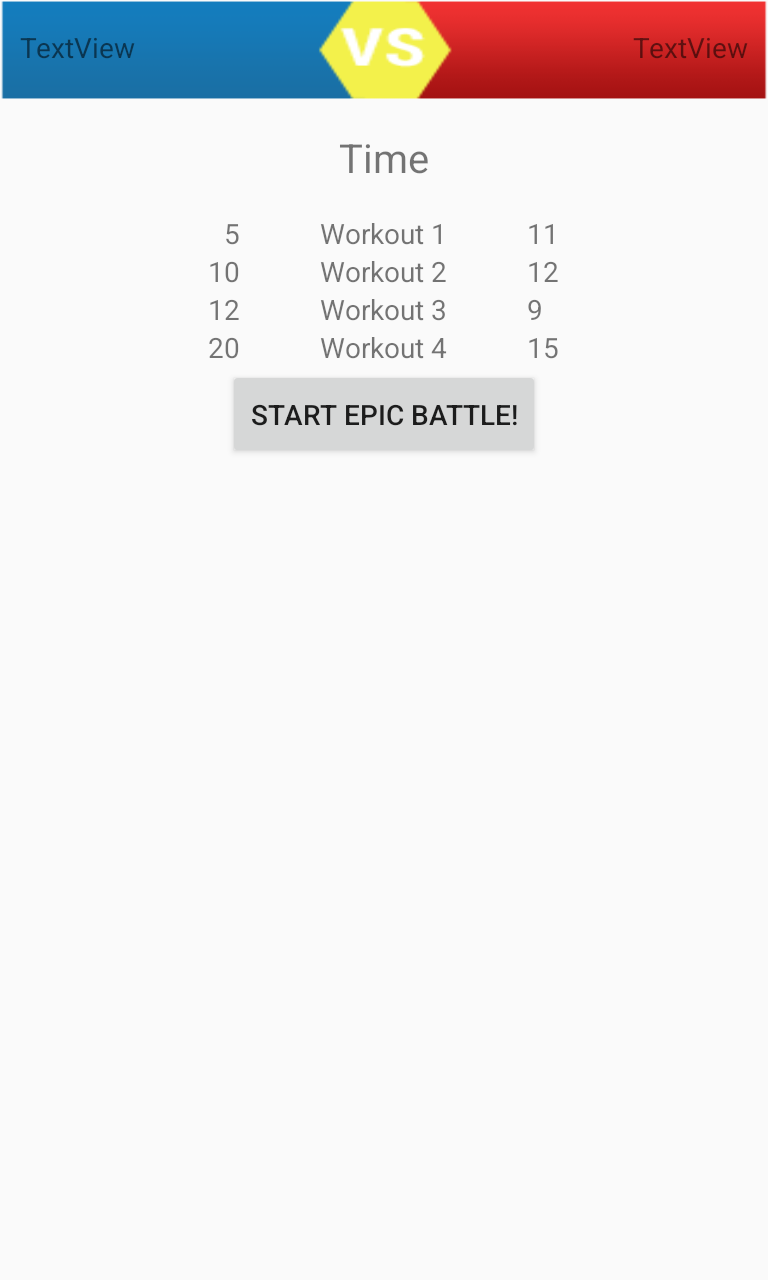
Repository: hackathon-2014/devdroid-repo
Layout: HealthyCompetition/res/layout/battlefield_layout.xml
The author's editor kept a copy of each file at every save. The layout is drawn from the files as they stood at one save, then again after a run of saves.
It is drawn on a 768 x 1280 px phone screen (xhdpi) without system bars, with theme AppTheme; the app's code is not run.

Above is the layout before, as saved 2014-08-23 19:59:22.

### HealthyCompetition/res/layout/battlefield_layout.xml
<?xml version="1.0" encoding="utf-8"?>
<LinearLayout xmlns:android="http://schemas.android.com/apk/res/android"
    android:layout_width="match_parent"
    android:layout_height="match_parent"
    android:orientation="vertical" >

    <RelativeLayout
        android:id="@+id/relative_layout_versus"
        android:layout_width="match_parent"
        android:layout_height="wrap_content" >

        <ImageView
            android:id="@+id/versus_image"
            android:layout_width="match_parent"
            android:layout_height="50dp"
            android:background="@drawable/versus_banner_9" />

        <TextView
            android:id="@+id/time_view"
            android:layout_width="wrap_content"
            android:layout_height="wrap_content"
            android:layout_below="@+id/versus_image"
            android:layout_centerHorizontal="true"
            android:layout_marginTop="15dp"
            android:text="Time"
            android:textSize="20dp" />

        <TextView
            android:id="@+id/player_one_name"
            android:layout_width="wrap_content"
            android:layout_height="wrap_content"
            android:layout_alignParentLeft="true"
            android:layout_alignParentTop="true"
            android:layout_marginLeft="10dp"
            android:layout_marginTop="14dp"
            android:text="TextView" />

        <TextView
            android:id="@+id/player_two_name"
            android:layout_width="wrap_content"
            android:layout_height="wrap_content"
            android:layout_alignBaseline="@+id/player_one_name"
            android:layout_alignBottom="@+id/player_one_name"
            android:layout_alignParentRight="true"
            android:layout_alignParentTop="true"
            android:layout_marginRight="10dp"
            android:text="TextView" />
    </RelativeLayout>

    <RelativeLayout
        android:id="@+id/workout_layout_one"
        android:layout_width="match_parent"
        android:layout_height="wrap_content"
        android:layout_marginTop="15dp"
        android:orientation="vertical" >

        <TextView
            android:id="@+id/workout_one"
            android:layout_width="wrap_content"
            android:layout_height="wrap_content"
            android:layout_centerHorizontal="true"
            android:text="Workout 1" />

        <TextView
            android:id="@+id/playerone_workoutone"
            android:layout_width="wrap_content"
            android:layout_height="wrap_content"
            android:layout_alignParentTop="true"
            android:layout_marginRight="40dp"
            android:layout_toLeftOf="@+id/workout_one"
            android:text="5" />

        <TextView
            android:id="@+id/playertwo_workoutone"
            android:layout_width="wrap_content"
            android:layout_height="wrap_content"
            android:layout_alignParentTop="true"
            android:layout_marginLeft="40dp"
            android:layout_toRightOf="@+id/workout_one"
            android:text="11" />
    </RelativeLayout>

    <RelativeLayout
        android:id="@+id/workout_layout_two"
        android:layout_width="match_parent"
        android:layout_height="wrap_content"
        android:orientation="vertical" >

        <TextView
            android:id="@+id/workout_two"
            android:layout_width="wrap_content"
            android:layout_height="wrap_content"
            android:layout_centerHorizontal="true"
            android:text="Workout 2" />

        <TextView
            android:id="@+id/playerone_workouttwo"
            android:layout_width="wrap_content"
            android:layout_height="wrap_content"
            android:layout_alignParentTop="true"
            android:layout_marginRight="40dp"
            android:layout_toLeftOf="@+id/workout_two"
            android:text="10" />

        <TextView
            android:id="@+id/playertwo_workouttwo"
            android:layout_width="wrap_content"
            android:layout_height="wrap_content"
            android:layout_alignParentTop="true"
            android:layout_marginLeft="40dp"
            android:layout_toRightOf="@+id/workout_two"
            android:text="12" />
    </RelativeLayout>

    <RelativeLayout
        android:id="@+id/workout_layout_three"
        android:layout_width="match_parent"
        android:layout_height="wrap_content"
        android:orientation="vertical" >

        <TextView
            android:id="@+id/workout_three"
            android:layout_width="wrap_content"
            android:layout_height="wrap_content"
            android:layout_centerHorizontal="true"
            android:text="Workout 3" />

        <TextView
            android:id="@+id/playerone_workoutthree"
            android:layout_width="wrap_content"
            android:layout_height="wrap_content"
            android:layout_alignParentTop="true"
            android:layout_marginRight="40dp"
            android:layout_toLeftOf="@+id/workout_three"
            android:text="12" />

        <TextView
            android:id="@+id/playertwo_workoutthree"
            android:layout_width="wrap_content"
            android:layout_height="wrap_content"
            android:layout_alignParentTop="true"
            android:layout_marginLeft="40dp"
            android:layout_toRightOf="@+id/workout_three"
            android:text="9" />
    </RelativeLayout>

    <RelativeLayout
        android:id="@+id/workout_layout_four"
        android:layout_width="match_parent"
        android:layout_height="wrap_content"
        android:orientation="vertical" >

        <TextView
            android:id="@+id/workout_four"
            android:layout_width="wrap_content"
            android:layout_height="wrap_content"
            android:layout_centerHorizontal="true"
            android:text="Workout 4" />

        <TextView
            android:id="@+id/playerone_workoutfour"
            android:layout_width="wrap_content"
            android:layout_height="wrap_content"
            android:layout_alignParentTop="true"
            android:layout_marginRight="40dp"
            android:layout_toLeftOf="@+id/workout_four"
            android:text="20" />

        <TextView
            android:id="@+id/playertwo_workoutfour"
            android:layout_width="wrap_content"
            android:layout_height="wrap_content"
            android:layout_alignParentTop="true"
            android:layout_marginLeft="40dp"
            android:layout_toRightOf="@+id/workout_four"
            android:text="15" />
    </RelativeLayout>

    <RelativeLayout
        android:layout_width="match_parent"
        android:layout_height="wrap_content" >

        <Button
            android:id="@+id/button1"
            android:layout_width="wrap_content"
            android:layout_height="wrap_content"
            android:layout_centerHorizontal="true"
            android:text="Start Epic Battle!" />
    </RelativeLayout>

</LinearLayout>

Loaded but not shown: HealthyCompetition/res/values/styles.xml (common file); HealthyCompetition/res/values-v11/styles.xml (common file); HealthyCompetition/res/values-v14/styles.xml (common file)

After the next 2 saves:
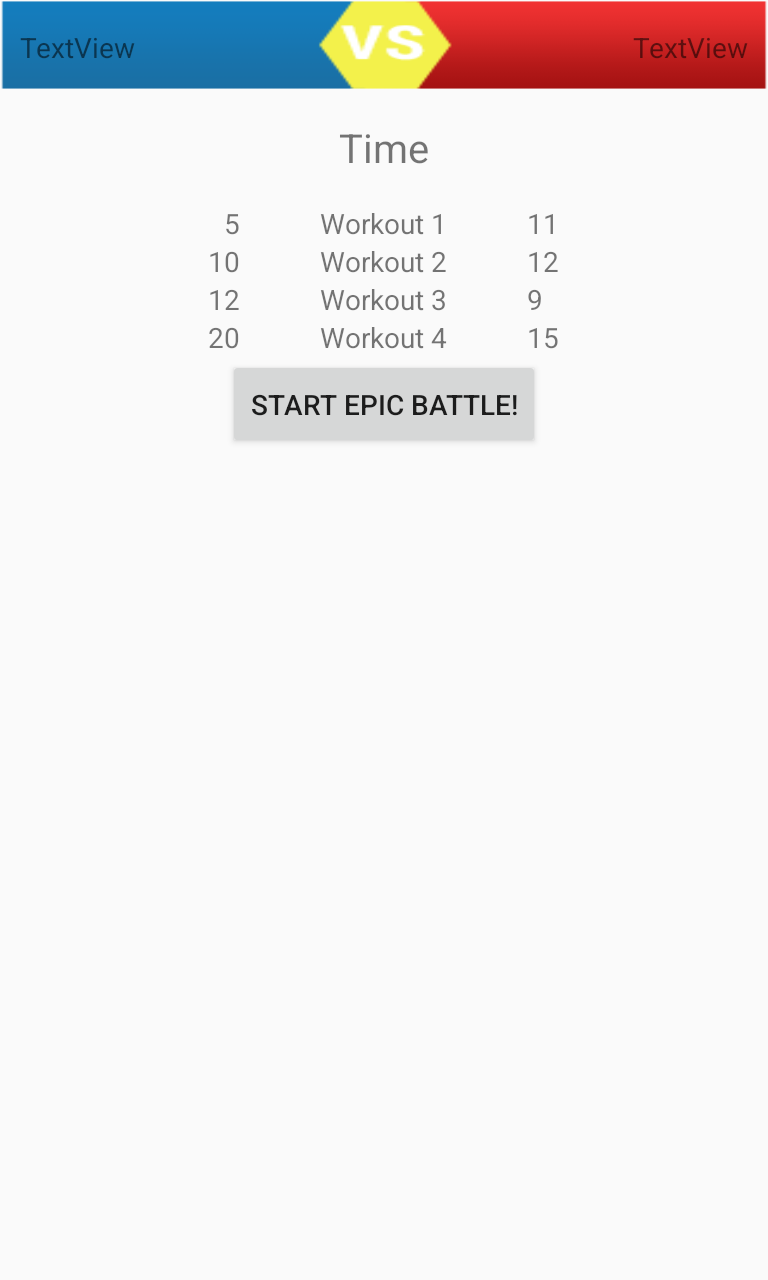
The 2 saves are shown as one change because they came seconds apart.
The last was saved 16 s later.
--- a/HealthyCompetition/res/layout/battlefield_layout.xml
+++ b/HealthyCompetition/res/layout/battlefield_layout.xml
@@ -12,7 +12,7 @@
         <ImageView
             android:id="@+id/versus_image"
             android:layout_width="match_parent"
-            android:layout_height="50dp"
+            android:layout_height="45dp"
             android:background="@drawable/versus_banner_9" />
 
         <TextView
